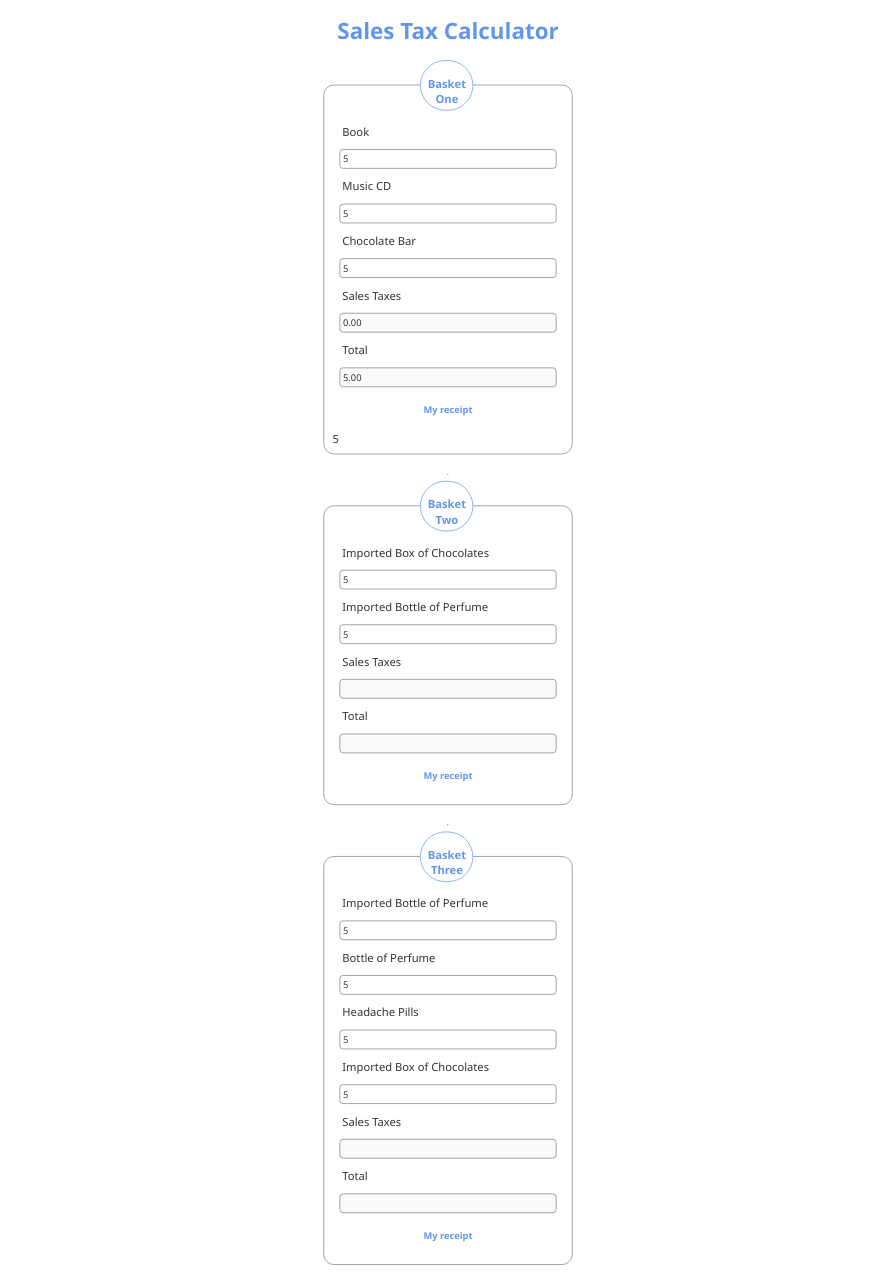
Repository: duzzisantos/sales-tax
Page: index.html
These files come from the project's save history. The page is drawn as it stood at one moment and after the next save; the edit follows.
The browser window is 1280 px wide. The pictures show the whole page, at 70% of full size.
Empty fields were first filled with sample values (such as "Sample", 5 or name@example.com).
After loading, the first visible `#book` was changed once.

Above is the page before, as saved 2022-05-25 22:22:41.

### index.html
<!DOCTYPE html>
<html lang="en">

<head>
    <meta charset="UTF-8">
    <meta http-equiv="X-UA-Compatible" content="IE=edge">
    <meta name="viewport" content="width=device-width, initial-scale=1.0">
    <link href="style.css" rel="stylesheet">
    <title>Sales Tax Calculator</title>
</head>

<body>
    <h1>Sales Tax Calculator</h1>
    <section id="container">
        <fieldset>
            <legend>
                <h4>Basket One</h4>
            </legend>
            <form class="formOne">
                <label for="book">Book</label>
                <input id="book" type="number" name="book" onchange="basketOne()" />
                <label for="musicCD">Music CD</label>
                <input id="musicCD" type="number" name="musicCD" onchange="basketOne()" />
                <label for="chocolateBar">Chocolate Bar</label>
                <input id="chocolateBar" type="number" name="chocolateBar" onchange="basketOne()" />
                <label for="sales-taxes">Sales Taxes</label>
                <input id="sales-taxes" type="number" name="sales-taxes" onchange="basketOne()" disabled />
                <label for="total">Total</label>
                <input id="total" type="number" name="total" onchange="basketOne()" disabled />
            </form>
            <h5>My receipt</h5>
            <span id="listOne">

            </>
        </fieldset>
        <hr>

        <fieldset>
            <legend>
                <h4>Basket Two</h4>
            </legend>
            <form class="formTwo">
                <label for="imported-box-chocolate">Imported Box of Chocolates</label>
                <input id="imported-box-chocolate" type="number" name="imported-box-chocolate" onchange="basketTwo()" />
                <label for="imported-perfume">Imported Bottle of Perfume</label>
                <input id="imported-perfume" type="number" name="imported-perfume" onchange="basketTwo()" />

                <label for="sales-taxes2">Sales Taxes</label>
                <input id="sales-taxes2" type="number" name="sales-taxes2" onchange="basketTwo()" disabled />
                <label for="total">Total</label>
                <input disabled id="total2" type="number" name="total2" onchange="basketTwo()" />
            </form>

            <h5>My receipt</h5>
            <span id="listTwo">

            </span>
        </fieldset>
        <hr>

        <fieldset>
            <legend>
                <h4>Basket Three</h4>
            </legend>
            <form class="formThree">
                <label for="imported-perfume2">Imported Bottle of Perfume</label>
                <input id="imported-perfume2" type="number" name="imported-perfume2" onchange="basketThree()" />
                <label for="bottle-perfume">Bottle of Perfume</label>
                <input id="bottle-perfume" type="number" name="bottle-perfume" onchange="basketThree()" />
                <label for="pills">Headache Pills</label>
                <input id="pills" type="number" name="pills" onchange="basketThree()" />
                <label for="imported-box-chocolate2">Imported Box of Chocolates</label>
                <input id="imported-box-chocolate2" type="number" name="imported-box-chocolate2"
                    onchange="basketThree()" />
                <label for=" sales-taxes3">Sales Taxes</label>
                <input id="sales-taxes3" type="number" name="sales-taxes3" onchange="basketThree()" disabled />
                <label for="total3">Total</label>
                <input disabled id="total3" type="number" name="total3" onchange="basketThree()" />
            </form>

            <h5>My receipt</h5>
            <span id="listThree">

            </span>
        </fieldset>
    </section>
</body>
<script src="first.js"></script>
<script src="second.js"></script>
<script src="third.js"></script>
<script src="index.js"></script>

</html>

### style.css
*{
    color: rgb(0,0,0,0.8);
    font-family: 'Segoe UI', Tahoma, Geneva, Verdana, sans-serif;
}

#container{
    display: flex;
    flex-direction: column;
    align-items: center;
    justify-content: center;
    bottom: 0;
}

fieldset{
    height: fit-content;
    width: 20%;
    border: 1px solid grey;
    border-radius: 15px;
    margin-bottom: 20px;
}

legend{
    height: 70px;
    width: 70px;
    border: 1px solid cornflowerblue;
    border-radius: 50px;
    margin-left: 38%;
}

legend h4, h5, h1{
    text-align: center;
    color: cornflowerblue;
}
label, input{
    display: block;
    margin: 10px;
    padding: 4px;
}

input{
    width: 300px;
    border-radius: 5px;
    border: 1px solid grey;
}

### first.js
//Variables for tax rate
let taxFree = 0;
let basicTax = 10;
let importDuty = 5;

//imported basic taxable items attract an extra non-negotiable tax rate of 5%, therefore 10% + 5% = 15%
let basicPlusImportDuty = basicTax + importDuty;

//An app that computes the first basket of goods
const basketOne = () => {
  let book = document.getElementById("book").value;
  let musicCD = document.getElementById("musicCD").value;
  let chocolateBar = document.getElementById("chocolateBar").value;

  // The plus sign is used in front of every variable to indicate to JavaScript that they are numerical values
  // Without this, they would become concatenated strings

  //these are the sums of the items and their taxes
  let bookPlusTax = +taxFree * +book + +book;
  let musicCDPlusTax = (basicTax * +musicCD) / 100 + +musicCD;
  let chocolateBarPlusTax = +taxFree * +chocolateBar + +chocolateBar;

  //this computes the total price paid by the customer
  let netPayment = +bookPlusTax + +musicCDPlusTax + +chocolateBarPlusTax;
  document.getElementById("total").value = netPayment.toFixed(2);

  //this computes the total sales tax generated
  let totalTaxes =
    bookPlusTax -
    book +
    (musicCDPlusTax - musicCD) +
    (chocolateBarPlusTax - chocolateBar);

  //Math.ceil and toFixed method helps us round up to the nearest 0.05
  document.getElementById("sales-taxes").value = (
    Math.ceil(totalTaxes * 20) / 20
  ).toFixed(2);

  //Receipt list
  const listOne = document.getElementById("listOne");
   listOne.append(book, musicCD)
};

### second.js
//Variables for tax rate
let basicTax2 = 10;
let importDuty2 = 5;

//imported basic taxable items attract an extra non-negotiable tax rate of 5%, therefore 10% + 5% = 15%
let basicPlusImportDuty2 = basicTax2 + importDuty2;

//An app that computes the second basket of goods
const basketTwo = () => {
  let importedChocolate = document.getElementById(
    "imported-box-chocolate"
  ).value;
  let importedPerfume2 = document.getElementById("imported-perfume").value;

  // The plus sign is used in front of every variable to indicate to JavaScript that they are numerical values
  // Without this, they would become concatenated strings

  //these are the sums of the imported items and their taxes
  let importedChocolatePlusTax =
    (importDuty2 * +importedChocolate) / 100 + +importedChocolate;
  let importedPerfume2PlusTax =
    (basicPlusImportDuty2 * +importedPerfume2) / 100 + +importedPerfume2;

  //Math.ceil and toFixed method helps us round up to the nearest 0.05
  //this computes the total price paid by the customer
  let netPayment = +importedChocolatePlusTax + +importedPerfume2PlusTax;
  document.getElementById("total2").value = (
    Math.ceil(netPayment * 20) / 20
  ).toFixed(2);

  //this computes the total sales tax generated
  let totalTaxes =
    (importDuty2 * +importedChocolate) / 100 +
    (basicPlusImportDuty2 * +importedPerfume2) / 100;
  document.getElementById("sales-taxes2").value = (
    Math.ceil(totalTaxes * 20) / 20
  ).toFixed(2);
};

### third.js
//Variables for tax rate
let taxFree3 = 0;
let basicTax3 = 10;
let importDuty3 = 5;
let basicPlusImportDuty3 = basicTax3 + importDuty3;


//App that computes the third basket of goods
const basketThree = () => {
    let importedPerfume2 = document.getElementById("imported-perfume2").value;
    let bottlePerfume = document.getElementById("bottle-perfume").value;
    let pills = document.getElementById("pills").value;
    let importedChocolate2 = document.getElementById("imported-box-chocolate2").value;


    //    // The plus sign is used in front of every variable to indicate to JavaScript that they are numerical values
     // Without this, they would become concatenated strings

    //these are the sums of the imported items and their taxes
    let importedPerfume2PlusTax = (basicPlusImportDuty3 * +importedPerfume2) / 100 + +importedPerfume2;
    let bottlePerfumePlusTax =
      (basicTax3 * +bottlePerfume) / 100 + +bottlePerfume;
    let pillsPlusTax = (taxFree3 * +pills) + +pills;
    let importedChocolate2PlusTax =
      (importDuty3 * +importedChocolate2) / 100 + +importedChocolate2;

    //Math.ceil and toFixed method helps us round up to the nearest 0.05
    //This computes the prices plus their taxes
    let netPayment =
      importedPerfume2PlusTax +
      bottlePerfumePlusTax +
      pillsPlusTax +
      importedChocolate2PlusTax;
    document.getElementById("total3").value = (Math.ceil(netPayment * 20) / 20).toFixed(2);

    //this computes the total taxes generated from selling basket three
    let totalTaxes =
      importedPerfume2PlusTax -
      importedPerfume2 +
      (bottlePerfumePlusTax - bottlePerfume) +
      (pillsPlusTax - pills) +
      (importedChocolate2PlusTax - importedChocolate2);

    document.getElementById("sales-taxes3").value = (
        Math.ceil(totalTaxes * 20) / 20
      ).toFixed(2);
  };

### index.js
//This is responsible for the DOM Manipulation
//This helps the user to display a simple receipt

After the next save:
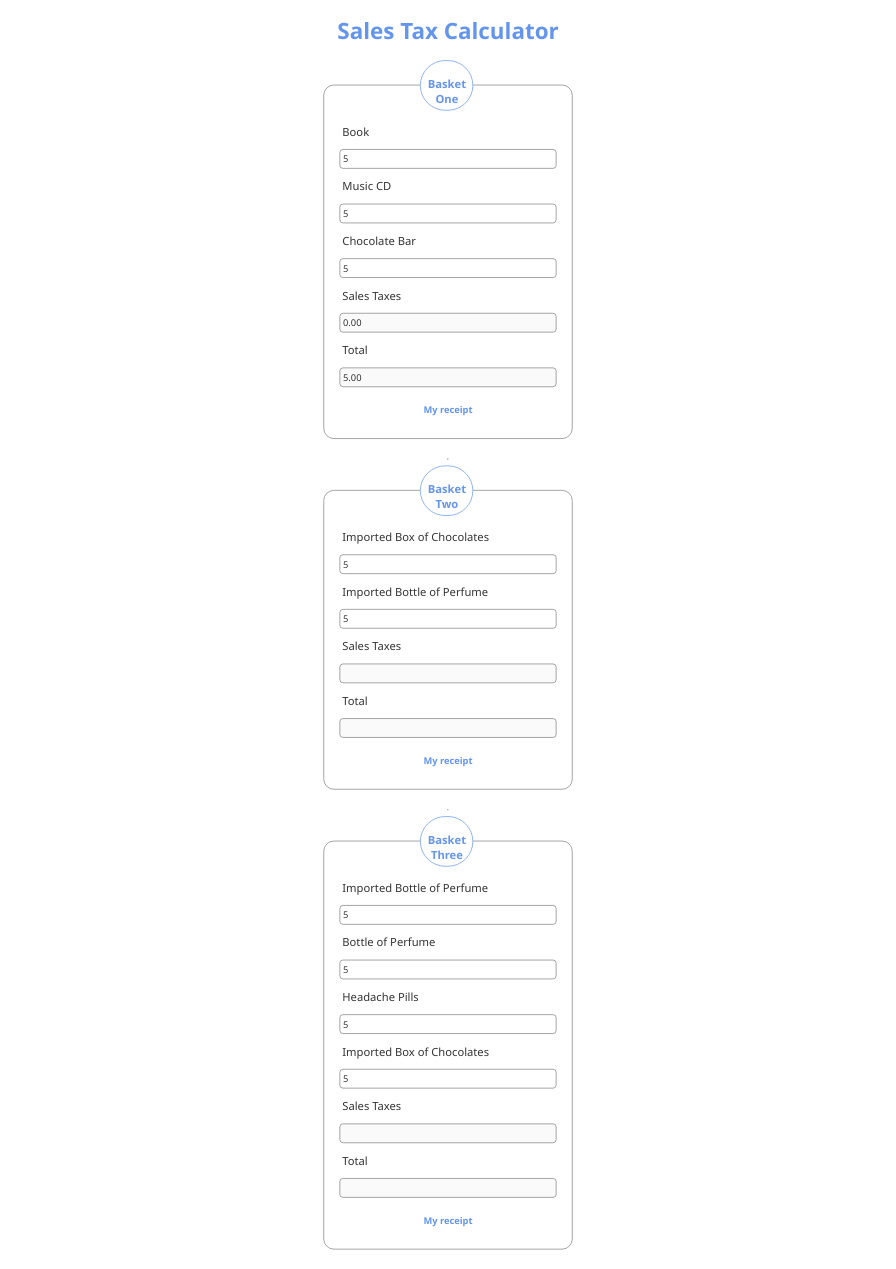
Console error: TypeError: Failed to execute 'appendChild' on 'Node': parameter 1 is not of type 'Node'.
Saved 61 s later.
--- a/first.js
+++ b/first.js
@@ -38,5 +38,6 @@
 
   //Receipt list
   const listOne = document.getElementById("listOne");
-   listOne.append(book, musicCD)
+   listOne.appendChild(book)
+   listOne.appendChild(musicCD)
 };

After the save that followed:
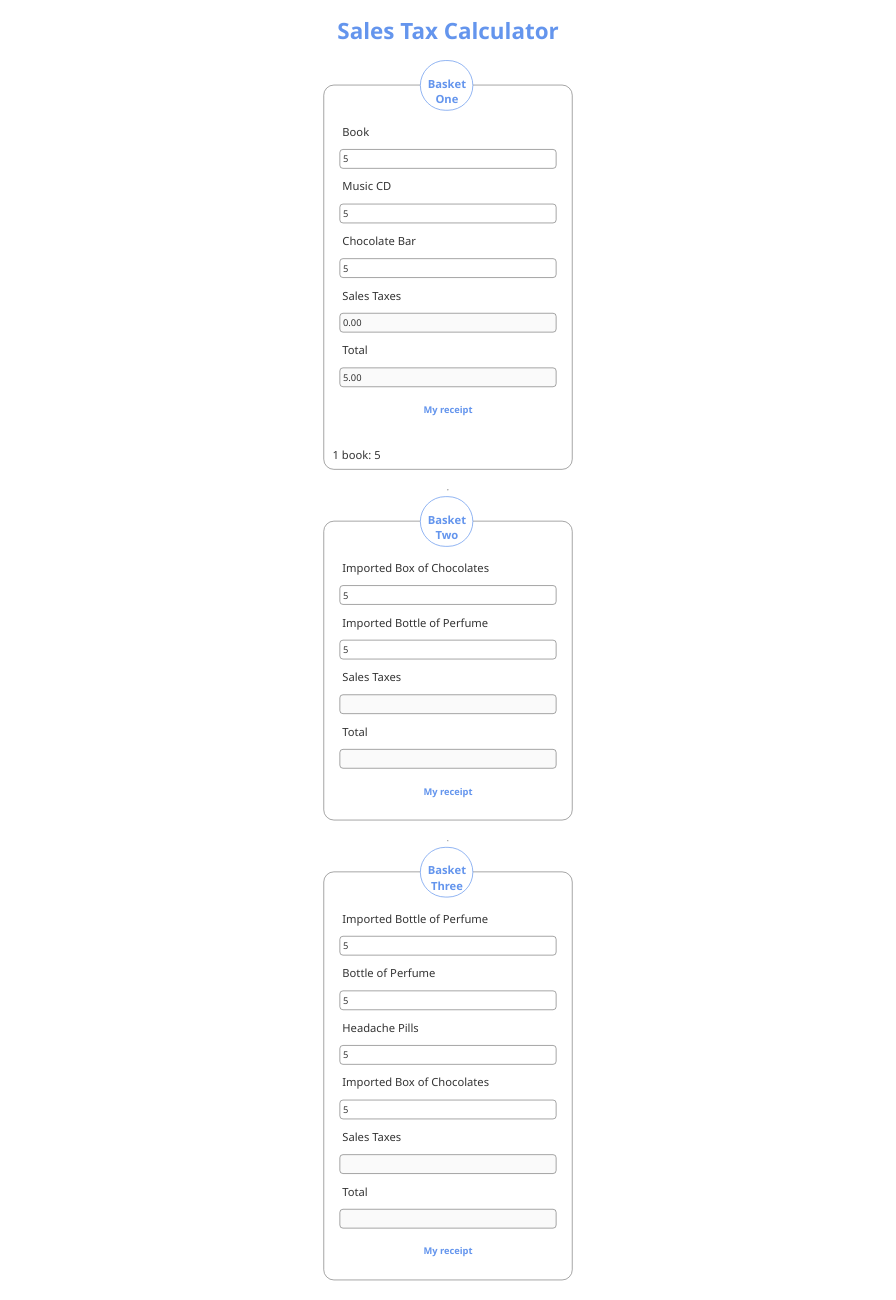
The error is gone.
Saved 2 min 10 s later.
--- a/first.js
+++ b/first.js
@@ -38,6 +38,5 @@
 
   //Receipt list
   const listOne = document.getElementById("listOne");
-   listOne.appendChild(book)
-   listOne.appendChild(musicCD)
+   listOne.innerHTML = `<br>1 book: ${book}`
 };
